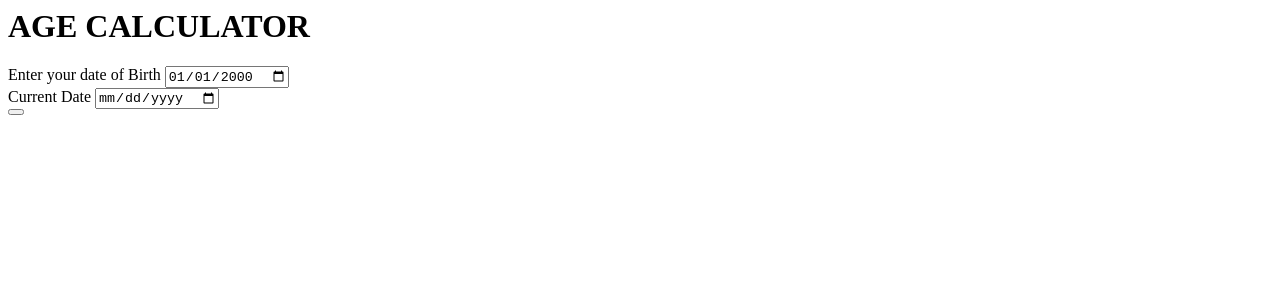
Repository: Femi007-gh/Calculator
Page: index.html
The author's editor kept a copy of each file at every save. The page is drawn from the files as they stood at one save, then again after the next save.
The browser window is 1280 px wide. The pictures show the whole page.

Above is the page before, as saved 2025-03-27 07:29:03.
Not found: script.js

### index.html
<html>
  <head>
    <title></title>
    <script src="script.js"></script>
  </head>
  <body>
    <div>
      <div>
        <h1>AGE CALCULATOR</h1>
      </div>
      <div>
        <label>Enter your date of Birth</label>
        <input id="inputDOB" type="date" value="2000-01-01">
      </div>
      <div>
        <label>Current Date</label>
        <input id="cDOB" type="date" value="">
      </div>
      <button type="button" onclick="getDOB()"></button>
    </div>
  </body>
</html>

After the next save:
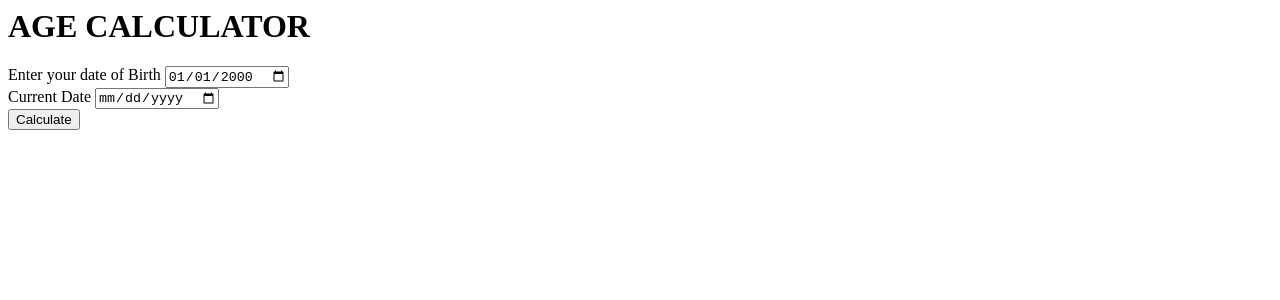
Saved 7 s later.
--- a/index.html
+++ b/index.html
@@ -16,7 +16,7 @@
         <label>Current Date</label>
         <input id="cDOB" type="date" value="">
       </div>
-      <button type="button" onclick="getDOB()"></button>
+      <button type="button" onclick="getDOB()">Calculate</button>
     </div>
   </body>
 </html>
